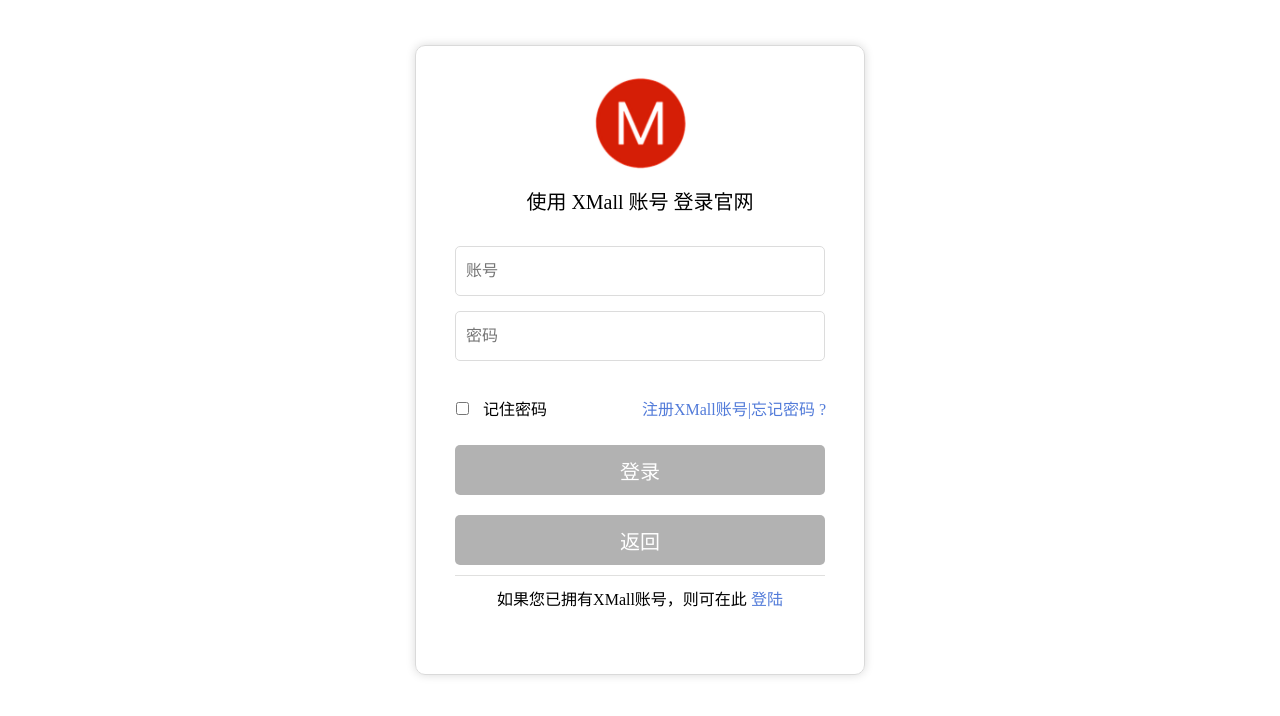
Repository: dingqihui1997/xmall-demo
Page: /signin
An editor plug-in stored every save of this project. The page is shown before and after a run of saves, followed by the edit.
The browser window is 1280 px wide. The pictures show the whole page.
The project was rebuilt for these pictures with package versions that can differ from the ones it lists, and the page was loaded fresh each time. Also part of the build but not shown: vue.config.js, src/views/Home.vue.

Above is the page before, as saved 2021-06-29 17:54:40.

### src/main.js
import Vue from 'vue'
import App from './App.vue'
import router from './router'
import store from './store'
import ElementUI from 'element-ui';
import 'element-ui/lib/theme-chalk/index.css';
Vue.use(ElementUI);
Vue.config.productionTip = false

new Vue({
  router,
  store,
  render: h => h(App)
}).$mount('#app')

### src/App.vue
<template>
  <div id="app">
    <router-view />
  </div>
</template>

<style lang="scss">
@import "./styles/common";
@import "./styles/ui";
</style>

### src/router/index.js
import Vue from 'vue'
import VueRouter from 'vue-router'
import Home from '../views/Home.vue'

Vue.use(VueRouter)

const routes = [
  {
    path: '/',
    name: 'Home',
    component: Home
  },
  {//登录
    path: '/signin',
    name: 'Signin',
    component: () => import('../components/signin/Signin.vue')
  },
  {//注册
    path: '/register',
    name: 'Register',
    component: () => import('../components/register/Register.vue')
  },


]

const router = new VueRouter({
  mode: 'history',
  base: process.env.BASE_URL,
  routes
})

export default router

### src/styles/common.scss
 * {
     margin: 0;
     padding: 0;
 }

 .center {
     //居中显示
     margin: auto;
     position: absolute;
     top: 0;
     bottom: 0;
     left: 0;
     right: 0;
 }

 * {
     box-sizing: border-box;
 }

 .wi100 {
     width: 100%;
 }

 .hei100 {
     height: 100%;
 }

 .pflex {
     position: fixed;
     /* 固定定位 */
 }

 .flex {
     display: flex;
 }

 .flex-wrap {
     /* 子元素换行排列 */
     display: flex;
     flex-wrap: wrap;
     align-items: center;
 }

 .flex-j {
     display: flex;
     justify-content: center;
     /* 水平方向居中 */
 }

 .flex-a {
     display: flex;
     align-items: center;
     /* 垂直方向居中 */
 }

 .flex-ja {
     /* felx-ja 垂直水平方向居中 */
     display: flex;
     align-items: center;
     justify-content: center;
 }

 .flex-sb {
     /* flex-sb 子元素两边排列 */
     display: flex;
     justify-content: space-between;
 }

 .flex-sba {
     /* flex-sb 子元素两边排列 bing居中 */
     display: flex;
     justify-content: space-between;
     align-items: center;
 }

 .flex-d {
     /* z子元素竖向排列 */
     display: flex;
     flex-direction: column;
 }

 .flex-di {
     /* 子元素竖向排列并居中 */
     display: flex;
     flex-direction: column;
     align-items: center;
 }

 .flex-dj {
     /* 子元素竖向排列并居中 */
     display: flex;
     flex-direction: column;
 }

 .flex-dji {
     /* 子元素竖向排列并水平垂直居中 */
     display: flex;
     flex-direction: column;
     align-items: center;
     justify-content: center;
 }

 .pad-t10 {
     padding-top: 10px;
 }

 .pad-t15 {
     padding-top: 15px;
 }

 .margin-r55 {
     margin-right: 55px;
 }

 .marginauto {
     margin: 0 auto;
 }

 .img100 {
     width: 100%;
     height: 100%;
 }

 .img50 {
     width: 50%;
     height: 50%;
 }

 .imgh100 {
     height: 100%;
 }

 .img45 {
     width: 45%;
     height: 45%;
 }

 .img80 {
     width: 80%;
     height: 80%;
 }

 .font20 {
     font-size: 20px;
 }

 .font18 {
     font-size: 18px;
 }

 .font16 {
     font-size: 16px;
 }

 .font14 {
     font-size: 14px;
 }

 .font12 {
     font-size: 12px;
 }

 .flex1 {
     flex: 1;
 }

 .flex2 {
     flex: 1.5;
 }

 .color30 {
     color: #000000;
 }

 .color3f {
     /* 白色 */
     color: #fff;
 }

 .margin-t10 {
     margin-top: 10px;
 }

 .margin-t5 {
     margin-top: 5px;
 }

 .margin-t20 {
     margin-top: 20px;
 }

 .margin-r5 {
     margin-right: 5px;
 }

 .margin-r15 {
     margin-right: 15px;
 }

 .margin-r10 {
     margin-right: 10px;
 }

 .margin-r20 {
     margin-right: 20px;
 }

 .margin-r30 {
     margin-right: 30px;
 }

 .margin-l10 {
     margin-left: 10px;
 }

 .margin-l20 {
     margin-left: 20px;
 }

 .margin-b10 {
     margin-bottom: 10px;
 }

 .text-de {
     /* 有下划线 */
     text-decoration: underline;
 }

 .text-li {
     text-decoration: line-through;
     /* 删除线 */
 }

 .font-w7 {
     /* 加粗 */
     font-weight: 700;
 }

 .fontstyle-i {
     /* 斜体 */
     font-style: italic;
 }

 .shuoming {
     position: relative;
     top: 55px
 }

 .textr {
     text-align: right;
 }

### src/styles/ui.scss
.login {
    .el-input__inner {
        width: 370px;
        height: 50px;
    }

    .el-input__suffix {
        position: absolute;
        right: 50px;
    }

    .el-input {
        position: relative;
    }
}

### src/components/signin/Signin.vue
<template>
  <!-- 登录页面 -->
  <div class="one">
    <div class="box center flex-d login">
      <div class="top">
        <div class="flex-ja"><img src="../../assets/log1.png" alt="" /></div>
        <div class="flex-ja">使用 XMall 账号 登录官网</div>
      </div>
      <!-- 账号 -->
      <div class="flex-ja name">
        <input type="text" placeholder="账号" class="ipt" v-model="username" />
      </div>
      <!-- 密码 -->
      <div class="flex-ja name">
        <input
          type="password"
          placeholder="密码"
          class="ipt"
          v-model="password"
        />
      </div>
      <div class="flex-sb choice">
        <div>
          <input type="checkbox" class="inpt" v-model="checked" /> 记住密码
        </div>
        <div><span>注册XMall账号|</span><span>忘记密码 ?</span></div>
      </div>
      <div class="flex-ja regis">
        <!-- 动态绑定属性，最先是true禁用状态 -->
        <button
          :disabled="flag"
          :class="{ back: flag === false }"
          @click="goto"
        >
          登录
        </button>
      </div>
      <div class="flex-ja regis">
        <!-- 动态绑定属性，最先是true禁用状态 -->
        <button
          :disabled="flag"
          :class="{ back: flag === false }"
          @click="goto"
        >
          返回
        </button>
      </div>
      <div class="flex-ja">
        <div class="bottom flex-ja">
          如果您已拥有XMall账号，则可在此<span>&nbsp;登陆</span>
        </div>
      </div>
    </div>
  </div>
</template>

<script>
import axios from "axios";
export default {
  name: "",
  props: {},
  data() {
    return {
      username: "",
      password: "",
      Repeat: "",
      flag: true, //最开始禁用按钮
      checked: false,
    };
  },
  components: {},
  methods: {
    goto() {
      if (this.checked === false) {
        this.$message.error("您未勾选同意我们的相关注册协议");
      }
      if (this.password !== this.Repeat) {
        this.$message.error("两次输入的密码不相同");
      }
      if (this.password === this.Repeat && this.checked === true) {
        axios
          .post("/api/users/register", {
            username: this.username,
            password: this.password,
          })
          .then((res) => {
            console.log(res);
          })
          .catch((err) => {
            console.log("请求失败", err);
          });
      }
    },
  },
  mounted() {},
  computed: {},
  watch: {
    username(val) {
      this.username = val;
    },
    password(val) {
      this.password = val;
    },
    Repeat(val) {
      //账号和密码都输入了内容后，然后就不禁用button
      this.Repeat = val;
      if (this.username !== "" && this.password !== "" && val !== "") {
        this.flag = false;
        // console.log(val);
      } else {
        this.flag = true;
      }
    },
  },
};
</script>

<style lang='scss' scoped>
.box {
  width: 450px;
  height: 630px;
  border: 1px solid #dadada;
  border-radius: 10px;
  box-shadow: 0 0 10px #dadada;
}
.one {
  height: 100vh;
}
.top {
  height: 200px;
  font-size: 20px;
  //   margin-bottom: 35px;
  padding-top: 25px;
}
.top img {
  margin-bottom: 10px;
}
.ipt {
  width: 370px;
  height: 50px;
  outline: none;
  border: 1px #dcdcdc solid;
  border-radius: 5px;
  padding-left: 10px;
  font-size: 16px;
  margin-bottom: 15px;
}
button {
  margin: 10px 0px;
  width: 370px;
  height: 50px;
  border-radius: 5px;
  border: none;
  color: #fff;
  font-size: 20px;
  background-color: #b2b2b2; //最开始设置成灰色背景颜色
}

span {
  color: #527bd9;
}

.name {
  text-align: center;
}
.choice {
  margin-top: 20px;
  margin-bottom: 15px;
  width: 370px;
  position: relative;
  left: 40px;
}
.regis {
  padding: 0 35px;
}
.inpt {
  margin-right: 10px;
}
.bottom {
  width: 370px;
  border-top: 1px #e0e0df solid;
  padding-top: 10px;
}
.back {
  background-color: #5f86e4; //当按钮不禁用的时候就显示蓝色，然后添加hover的效果
  &:hover {
    background-color: #6283cf;
  }
}
</style>

Loaded but not shown: public/index.html (common file); src/store/index.js (common file)

After the next 2 saves:
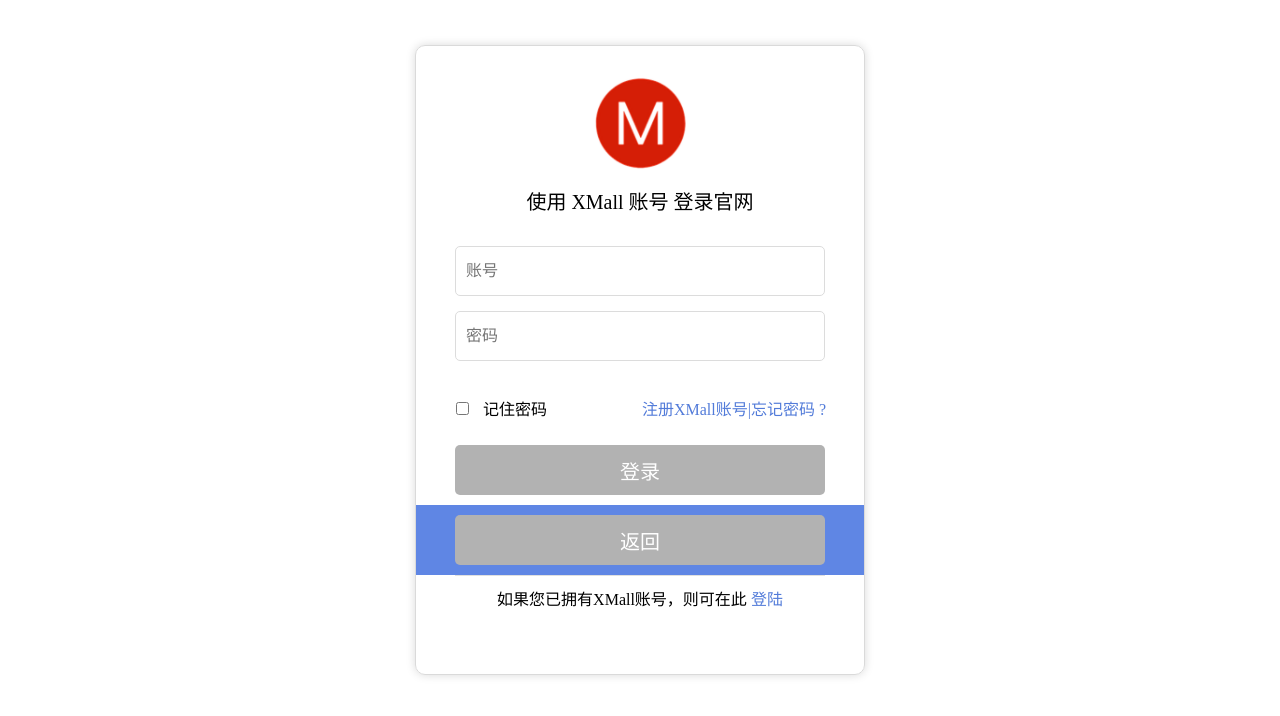
The 2 saves are shown as one change because 1 did not build or start.
The last was saved 106 s later.
--- a/src/components/signin/Signin.vue
+++ b/src/components/signin/Signin.vue
@@ -35,7 +35,7 @@
           登录
         </button>
       </div>
-      <div class="flex-ja regis">
+      <div class="flex-ja back">
         <!-- 动态绑定属性，最先是true禁用状态 -->
         <button
           :disabled="flag"

After the save that followed:
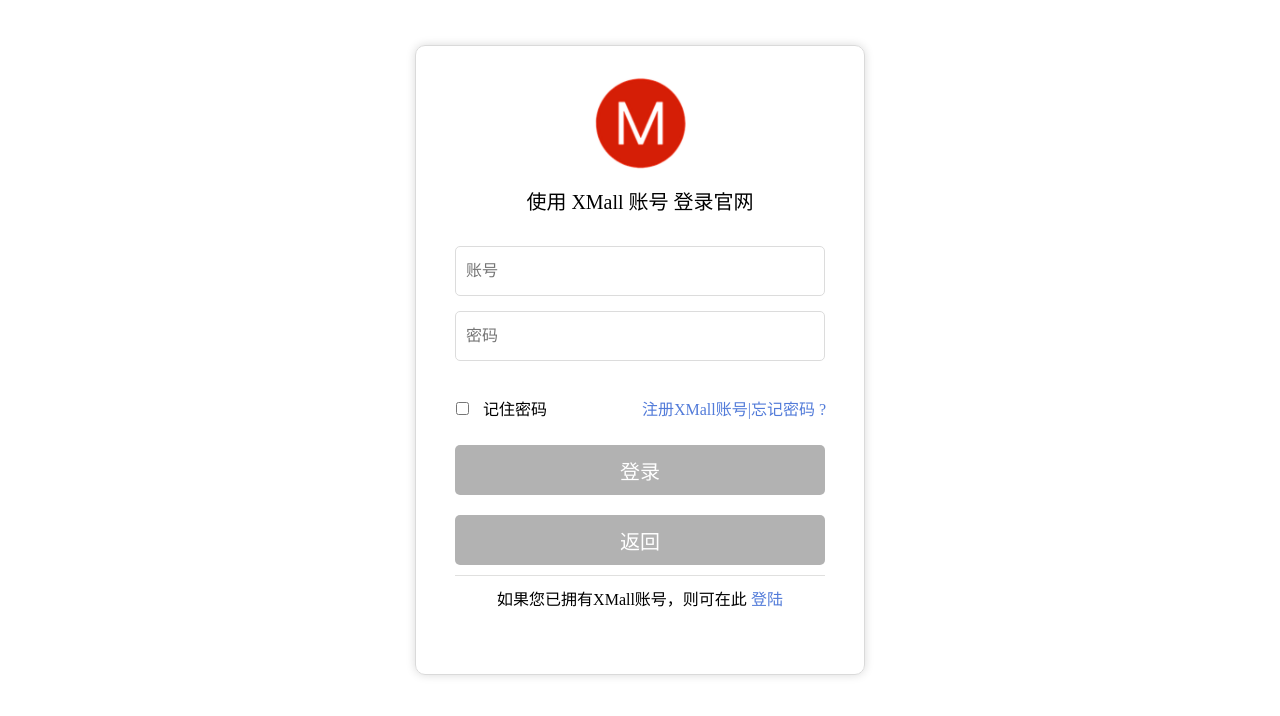
Saved 55 s later.
--- a/src/components/signin/Signin.vue
+++ b/src/components/signin/Signin.vue
@@ -35,7 +35,7 @@
           登录
         </button>
       </div>
-      <div class="flex-ja back">
+      <div class="flex-ja bott">
         <!-- 动态绑定属性，最先是true禁用状态 -->
         <button
           :disabled="flag"
